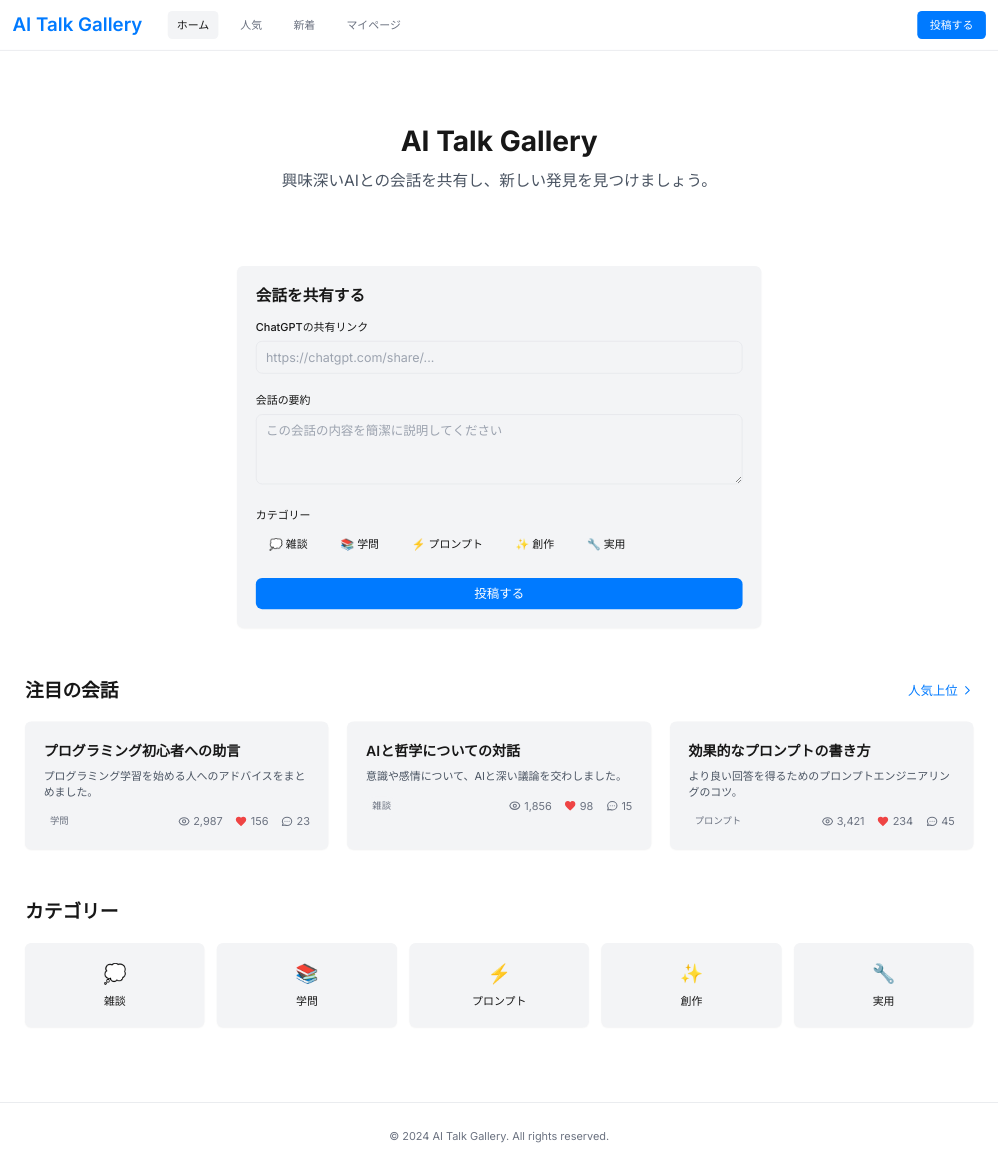
Repository: hayakawa1/ai-talk-gallery
Page: /
These files come from the project's save history. The page is drawn as it stood at one moment and after the next save; the edit follows.
The browser window is 1280 px wide. The pictures show the whole page, at 78% of full size.
The project was rebuilt for these pictures with package versions that can differ from the ones it lists, and the page was loaded fresh each time. The framework's server and built-in components were replaced by stand-ins that run in the browser. Also part of the build but not shown: next.config.js, src/components/ui/toast.tsx.

Above is the page before, as saved 2024-12-19 19:25:39.

### src/app/layout.tsx
import './globals.css'
import type { Metadata } from 'next'
import { Inter } from 'next/font/google'
import { HeaderNav } from '@/components/header-nav'
import Link from 'next/link'

const inter = Inter({
  subsets: ['latin'],
  display: 'swap',
})

export const metadata: Metadata = {
  title: 'AI Talk Gallery',
  description: '興味深いAIとの会話を共有し、新しい発見を見つけるプラットフォーム',
}

export default function RootLayout({
  children,
}: {
  children: React.ReactNode
}) {
  return (
    <html lang="ja">
      <body className={inter.className}>
        <div className="min-h-screen bg-white">
          <header className="sticky top-0 z-40 w-full border-b bg-white/95 backdrop-blur supports-[backdrop-filter]:bg-white/60">
            <div className="container mx-auto flex h-16 items-center justify-between px-4">
              <div className="flex items-center gap-8">
                <Link href="/" className="text-2xl font-semibold text-accent">
                  AI Talk Gallery
                </Link>
                <HeaderNav />
              </div>
              <div className="flex items-center gap-4">
                <Link
                  href="/posts/new"
                  className="inline-flex items-center justify-center rounded-md bg-accent px-4 py-2 text-sm font-medium text-white hover:bg-accent/90"
                >
                  投稿する
                </Link>
              </div>
            </div>
          </header>
          <main>
            {children}
          </main>
          <footer className="border-t py-8 mt-16">
            <div className="container mx-auto px-4 text-center text-sm text-gray-500">
              <p>© 2024 AI Talk Gallery. All rights reserved.</p>
            </div>
          </footer>
        </div>
      </body>
    </html>
  )
}

### src/app/page.tsx
import Link from "next/link"
import { PostCard } from "@/components/post-card"
import { PostForm } from "@/components/post-form"
import { categories } from "@/lib/categories"

const MOCK_POSTS = [
  {
    id: 1,
    title: "プログラミング初心者への助言",
    summary: "プログラミング学習を始める人へのアドバイスをまとめました。",
    views: 2987,
    likes: 156,
    comments: 23,
    category: "学問",
  },
  {
    id: 2,
    title: "AIと哲学についての対話",
    summary: "意識や感情について、AIと深い議論を交わしました。",
    views: 1856,
    likes: 98,
    comments: 15,
    category: "雑談",
  },
  {
    id: 3,
    title: "効果的なプロンプトの書き方",
    summary: "より良い回答を得るためのプロンプトエンジニアリングのコツ。",
    views: 3421,
    likes: 234,
    comments: 45,
    category: "プロンプト",
  },
]

export default function Home() {
  return (
    <div className="max-w-7xl mx-auto px-4 sm:px-6 lg:px-8 py-8">
      {/* ヒーローセクション */}
      <div className="text-center py-16">
        <h1 className="text-4xl font-bold mb-4">AI Talk Gallery</h1>
        <p className="text-xl text-gray-600 mb-8">
          興味深いAIとの会話を共有し、新しい発見を見つけましょう。
        </p>
      </div>

      {/* 投稿フォームセクション */}
      <section className="mb-16 max-w-2xl mx-auto">
        <div className="bg-card rounded-lg p-6 shadow-sm">
          <h2 className="text-xl font-semibold mb-4">会話を共有する</h2>
          <PostForm />
        </div>
      </section>

      {/* 注目の会話セクション */}
      <section className="mb-16">
        <div className="flex justify-between items-center mb-6">
          <h2 className="text-2xl font-bold">注目の会話</h2>
          <Link href="/popular" className="text-accent hover:underline flex items-center gap-1">
            人気上位
            <svg className="w-4 h-4" fill="none" stroke="currentColor" viewBox="0 0 24 24">
              <path strokeLinecap="round" strokeLinejoin="round" strokeWidth={2} d="M9 5l7 7-7 7" />
            </svg>
          </Link>
        </div>

        <div className="grid grid-cols-1 md:grid-cols-2 lg:grid-cols-3 gap-6">
          {MOCK_POSTS.map((post) => (
            <PostCard key={post.id} {...post} />
          ))}
        </div>
      </section>

      {/* カテゴリーセクション */}
      <section>
        <h2 className="text-2xl font-bold mb-6">カテゴリー</h2>
        <div className="grid grid-cols-2 md:grid-cols-3 lg:grid-cols-5 gap-4">
          {categories.map((category) => (
            <Link
              key={category.name}
              href={`/categories/${category.name}`}
              className="flex flex-col items-center justify-center p-6 bg-card rounded-lg hover:bg-card-hover transition shadow-sm text-center"
            >
              <span className="text-2xl mb-2">{category.icon}</span>
              <span className="text-sm">{category.name}</span>
            </Link>
          ))}
        </div>
      </section>
    </div>
  )
}

### src/app/globals.css
@tailwind base;
@tailwind components;
@tailwind utilities;

:root {
  --header-height: 60px;
}

html {
  @apply h-full;
}

body {
  @apply h-full bg-white text-bolt-elements-textPrimary;
}

#root {
  @apply h-full w-full;
}

### src/components/header-nav.tsx
"use client"

import Link from "next/link"
import { usePathname } from "next/navigation"
import { cn } from "@/lib/utils"

const navigation = [
  { name: "ホーム", href: "/" },
  { name: "人気", href: "/popular" },
  { name: "新着", href: "/latest" },
  { name: "マイページ", href: "/my" },
]

export function HeaderNav() {
  const pathname = usePathname()

  return (
    <nav className="flex items-center space-x-4">
      {navigation.map((item) => (
        <Link
          key={item.name}
          href={item.href}
          className={cn(
            "px-3 py-2 text-sm font-medium rounded-md",
            pathname === item.href
              ? "bg-card text-bolt-elements-textPrimary"
              : "text-gray-500 hover:text-bolt-elements-textPrimary hover:bg-gray-50"
          )}
        >
          {item.name}
        </Link>
      ))}
    </nav>
  )
}

### src/components/post-card.tsx
import Link from "next/link"

interface PostCardProps {
  id: string | number
  title: string
  summary: string
  category: string
  views: number
  likes: number
  comments: number
}

export function PostCard({
  id,
  title,
  summary,
  category,
  views,
  likes,
  comments,
}: PostCardProps) {
  return (
    <Link
      href={`/posts/${id}`}
      className="block bg-card rounded-lg p-6 hover:bg-card-hover transition shadow-sm h-full"
    >
      <h3 className="text-lg font-semibold mb-2">{title}</h3>
      <p className="text-gray-600 mb-4 text-sm">{summary}</p>
      <div className="flex justify-between text-sm text-gray-500">
        <span className="flex items-center gap-1">
          <span className="px-2 py-1 bg-gray-100 rounded-full text-xs">
            {category}
          </span>
        </span>
        <div className="flex items-center gap-4">
          <span className="flex items-center gap-1">
            <svg className="w-4 h-4" fill="none" stroke="currentColor" viewBox="0 0 24 24">
              <path strokeLinecap="round" strokeLinejoin="round" strokeWidth={2} d="M15 12a3 3 0 11-6 0 3 3 0 016 0z" />
              <path strokeLinecap="round" strokeLinejoin="round" strokeWidth={2} d="M2.458 12C3.732 7.943 7.523 5 12 5c4.478 0 8.268 2.943 9.542 7-1.274 4.057-5.064 7-9.542 7-4.477 0-8.268-2.943-9.542-7z" />
            </svg>
            {views.toLocaleString()}
          </span>
          <span className="flex items-center gap-1">
            <svg className="w-4 h-4 text-red-500" fill="currentColor" viewBox="0 0 24 24">
              <path d="M12 21.35l-1.45-1.32C5.4 15.36 2 12.28 2 8.5 2 5.42 4.42 3 7.5 3c1.74 0 3.41.81 4.5 2.09C13.09 3.81 14.76 3 16.5 3 19.58 3 22 5.42 22 8.5c0 3.78-3.4 6.86-8.55 11.54L12 21.35z"/>
            </svg>
            {likes.toLocaleString()}
          </span>
          <span className="flex items-center gap-1">
            <svg className="w-4 h-4" fill="none" stroke="currentColor" viewBox="0 0 24 24">
              <path strokeLinecap="round" strokeLinejoin="round" strokeWidth={2} d="M8 12h.01M12 12h.01M16 12h.01M21 12c0 4.418-4.03 8-9 8a9.863 9.863 0 01-4.255-.949L3 20l1.395-3.72C3.512 15.042 3 13.574 3 12c0-4.418 4.03-8 9-8s9 3.582 9 8z" />
            </svg>
            {comments.toLocaleString()}
          </span>
        </div>
      </div>
    </Link>
  )
}

### src/components/post-form.tsx
"use client"

import { useState } from "react"
import { useForm } from "react-hook-form"
import { zodResolver } from "@hookform/resolvers/zod"
import { categories } from "@/lib/categories"
import { postFormSchema, type PostFormData } from "@/lib/schemas"
import { Toast } from "@/components/ui/toast"

interface ToastState {
  message: string
  type: "success" | "error"
}

export function PostForm() {
  const [isSubmitting, setIsSubmitting] = useState(false)
  const [toast, setToast] = useState<ToastState | null>(null)
  const {
    register,
    handleSubmit,
    formState: { errors },
    reset,
  } = useForm<PostFormData>({
    resolver: zodResolver(postFormSchema),
  })

  const onSubmit = async (data: PostFormData) => {
    setIsSubmitting(true)
    try {
      const response = await fetch("/api/posts", {
        method: "POST",
        headers: {
          "Content-Type": "application/json",
        },
        body: JSON.stringify(data),
      })

      if (!response.ok) {
        throw new Error("投稿の作成に失敗しました")
      }

      reset()
      setToast({
        message: "投稿が完了しました",
        type: "success",
      })
    } catch (error) {
      setToast({
        message: error instanceof Error ? error.message : "投稿に失敗しました",
        type: "error",
      })
      console.error(error)
    } finally {
      setIsSubmitting(false)
    }
  }

  return (
    <>
      <form onSubmit={handleSubmit(onSubmit)} className="space-y-6">
        <div>
          <label htmlFor="url" className="block text-sm font-medium mb-2">
            ChatGPTの共有リンク
          </label>
          <input
            {...register("url")}
            type="url"
            id="url"
            placeholder="https://chatgpt.com/share/..."
            className="w-full px-3 py-2 bg-card rounded-lg border border-zinc-800 focus:outline-none focus:ring-2 focus:ring-accent"
          />
          {errors.url && (
            <p className="mt-1 text-sm text-red-500">{errors.url.message}</p>
          )}
        </div>

        <div>
          <label htmlFor="summary" className="block text-sm font-medium mb-2">
            会話の要約
          </label>
          <textarea
            {...register("summary")}
            id="summary"
            rows={3}
            placeholder="この会話の内容を簡潔に説明してください"
            className="w-full px-3 py-2 bg-card rounded-lg border border-zinc-800 focus:outline-none focus:ring-2 focus:ring-accent"
          />
          {errors.summary && (
            <p className="mt-1 text-sm text-red-500">{errors.summary.message}</p>
          )}
        </div>

        <div>
          <label className="block text-sm font-medium mb-2">カテゴリー</label>
          <div className="flex flex-wrap gap-2">
            {categories.map((category) => (
              <label
                key={category.name}
                className="inline-flex items-center"
              >
                <input
                  {...register("category")}
                  type="radio"
                  value={category.name}
                  className="sr-only"
                />
                <span className={`px-4 py-2 rounded-full text-sm font-medium cursor-pointer flex items-center gap-1 transition-colors ${
                  errors.category
                    ? "border border-red-500"
                    : "border border-transparent hover:bg-gray-50"
                } [&:has(input:checked)]:bg-accent [&:has(input:checked)]:text-white`}>
                  <span>{category.icon}</span>
                  <span>{category.name}</span>
                </span>
              </label>
            ))}
          </div>
          {errors.category && (
            <p className="mt-1 text-sm text-red-500">{errors.category.message}</p>
          )}
        </div>

        <button
          type="submit"
          disabled={isSubmitting}
          className="w-full px-4 py-2 bg-accent text-white rounded-lg hover:bg-accent/90 disabled:opacity-50"
        >
          {isSubmitting ? "投稿中..." : "投稿する"}
        </button>
      </form>
      {toast && (
        <Toast
          message={toast.message}
          type={toast.type}
          onClose={() => setToast(null)}
        />
      )}
    </>
  )
}

### src/lib/categories.ts
export type Category = {
  name: string
  icon: string
}

export const categories: Category[] = [
  { name: '雑談', icon: '💭' },
  { name: '学問', icon: '📚' },
  { name: 'プロンプト', icon: '⚡' },
  { name: '創作', icon: '✨' },
  { name: '実用', icon: '🔧' },
]

### src/lib/utils.ts
import { type ClassValue, clsx } from "clsx"
import { twMerge } from "tailwind-merge"

export function cn(...inputs: ClassValue[]) {
  return twMerge(clsx(inputs))
}

export async function fetchPageTitle(url: string): Promise<string> {
  try {
    const response = await fetch(url)
    const html = await response.text()
    const titleMatch = html.match(/<title>(.*?)<\/title>/)
    return titleMatch ? titleMatch[1] : "Untitled Chat"
  } catch (error) {
    console.error("Error fetching title:", error)
    return "Untitled Chat"
  }
}

### src/lib/schemas.ts
import { z } from "zod"
import { categories } from "@/lib/categories"

const categoryNames = categories.map(c => c.name) as [string, ...string[]]

export const postFormSchema = z.object({
  url: z.string()
    .url("有効なURLを入力してください")
    .startsWith("https://chatgpt.com/share/", "ChatGPTの共有リンクを入力してください"),
  summary: z.string()
    .min(10, "要約は10文字以上で入力してください")
    .max(200, "要約は200文字以内で入力してください"),
  category: z.enum(categoryNames, {
    required_error: "カテゴリーを選択してください",
  }),
})

export type PostFormData = z.infer<typeof postFormSchema>

### tailwind.config.js
/** @type {import('tailwindcss').Config} */
module.exports = {
  darkMode: 'class',
  content: [
    './src/pages/**/*.{js,ts,jsx,tsx,mdx}',
    './src/components/**/*.{js,ts,jsx,tsx,mdx}',
    './src/app/**/*.{js,ts,jsx,tsx,mdx}',
  ],
  theme: {
    extend: {
      colors: {
        'bolt-elements-background-depth-1': '#FFFFFF',
        'bolt-elements-textPrimary': '#171717',
        accent: '#007AFF',
        'card': '#F3F4F6',
        'card-hover': '#E5E7EB',
      },
      borderColor: {
        'zinc-800': '#E5E7EB',
      },
      container: {
        center: true,
        padding: {
          DEFAULT: '1rem',
          sm: '1.5rem',
          lg: '2rem',
        },
        screens: {
          sm: '640px',
          md: '768px',
          lg: '1024px',
          xl: '1280px',
          '2xl': '1440px',
        },
      },
      keyframes: {
        shimmer: {
          '100%': {
            transform: 'translateX(100%)',
          },
        },
      },
      animation: {
        shimmer: 'shimmer 1.5s infinite',
      },
    },
  },
  plugins: [
    require('@tailwindcss/typography'),
  ],
}

### src/utils/genreUtils.ts
import { readFileSync } from 'fs';
import path from 'path';
import genresData from '../data/genres.json';

export interface Subgenre {
  name: string;
  description: string;
  example: string;
}

export interface Genre {
  name: string;
  description: string;
  subgenres: Subgenre[];
}

interface GenresData {
  genres: Genre[];
}

export const getGenres = (): Genre[] => {
  if (process.env.NODE_ENV === 'development') {
    return (genresData as GenresData).genres;
  }

  try {
    const filePath = path.join(process.cwd(), 'src', 'data', 'genres.json');
    const jsonData = readFileSync(filePath, 'utf8');
    const data = JSON.parse(jsonData) as GenresData;
    return data.genres;
  } catch (error) {
    console.error('Error reading genres file:', error);
    return [];
  }
};

### src/data/genres.json
{
    "genres": [
      {
        "name": "クリエイティブ系",
        "description": "AIと一緒に物語や詩、ユーモアコンテンツを作成・シェアするジャンル",
        "subgenres": [
          {
            "name": "物語・小説",
            "description": "GPTと共同で作成したストーリーや短編小説のシェア",
            "example": "AIに出だしを任せてファンタジー短編を書いてみた"
          },
          {
            "name": "詩・短歌・俳句",
            "description": "感情を込めた詩やリズムを楽しむ俳句の生成と共有",
            "example": "GPTと一緒に四季をテーマに俳句を作った"
          },
          {
            "name": "キャラクター対話・ロールプレイ",
            "description": "特定のキャラクターになりきって対話を楽しむコンテンツ",
            "example": "GPTにシャーロック・ホームズになってもらい事件を解決した"
          },
          {
            "name": "大喜利・ユーモア会話",
            "description": "面白いお題やジョークにAIが答えるコンテンツ",
            "example": "GPTに面白い一言を考えさせたら予想外の答えが返ってきた"
          }
        ]
      },
      {
        "name": "実用・ビジネス系",
        "description": "仕事や日常生活に役立つAIとの会話をシェアするジャンル",
        "subgenres": [
          {
            "name": "仕事効率化・タスク管理",
            "description": "GPTに提案書やタスク整理のアイデアを依頼した内容",
            "example": "GPTに会議アジェンダを作成してもらった"
          },
          {
            "name": "広告コピー・キャッチフレーズ",
            "description": "AIが考えた商品広告のキャッチコピーやフレーズ",
            "example": "新商品のキャッチコピーをGPTに依頼してみた"
          },
          {
            "name": "勉強・教育",
            "description": "学習コンテンツや難しい概念を分かりやすくGPTに説明してもらう",
            "example": "GPTに相対性理論を小学生向けに教えてもらった"
          },
          {
            "name": "要約・リライト",
            "description": "長文の要約やわかりやすい文章への書き換え",
            "example": "GPTにニュース記事を1分で読めるよう要約してもらった"
          }
        ]
      },
      {
        "name": "専門分野・知識系",
        "description": "専門的なテーマや知識をGPTとやり取りしてシェアするジャンル",
        "subgenres": [
          {
            "name": "論文・レポート相談",
            "description": "GPTと論文の構成やレポート作成の相談をした内容",
            "example": "GPTに気候変動のレポート構成を考えてもらった"
          },
          {
            "name": "専門知識Q&A",
            "description": "医療、法律、科学などの専門知識についての質問と回答",
            "example": "GPTに古代エジプト文明について教えてもらった"
          },
          {
            "name": "データ分析・プログラミング",
            "description": "コード生成やデータ解析にGPTを活用した会話",
            "example": "GPTにPythonのWebスクレイピングコードを書いてもらった"
          }
        ]
      },
      {
        "name": "ライフスタイル系",
        "description": "日常生活や趣味、悩み相談に関するGPTとの会話をシェアするジャンル",
        "subgenres": [
          {
            "name": "人生相談・お悩み解決",
            "description": "キャリアや生活の悩みについてGPTに相談した内容",
            "example": "GPTに転職するべきか相談してみた"
          },
          {
            "name": "レシピ・料理アイデア",
            "description": "食材やテーマに基づいてGPTが提案する料理レシピ",
            "example": "GPTに冷蔵庫の余り物で作れる料理を考えてもらった"
          },
          {
            "name": "旅行・趣味の提案",
            "description": "GPTと一緒に理想の旅行プランや新しい趣味を考える",
            "example": "GPTに京都旅行の1泊2日プランを立ててもらった"
          }
        ]
      },
      {
        "name": "エンタメ・SNS向け系",
        "description": "SNS映えする面白い会話や企画をシェアするジャンル",
        "subgenres": [
          {
            "name": "GPT面白回答集",
            "description": "GPTのユニークな回答や珍回答を共有する",
            "example": "GPTに『宇宙人に自己紹介して』と言ったら爆笑の回答が！"
          },
          {
            "name": "チャレンジ企画",
            "description": "特定のお題や条件でGPTに挑戦する会話をシェア",
            "example": "GPTとしりとり100回やってみた結果"
          },
          {
            "name": "ミーム・パロディ",
            "description": "GPTに有名なフレーズや作品をパロディ化してもらう",
            "example": "GPTに『走れメロス』をギャグ化してもらった"
          }
        ]
      },
      {
        "name": "コミュニティ・イベント系",
        "description": "ユーザー同士が参加して楽しめるコンテンツやイベント",
        "subgenres": [
          {
            "name": "会話コンテスト",
            "description": "面白い会話や有益な対話を投稿し、投票や評価で競う",
            "example": "GPTとの対話コンテストで優勝した作品"
          },
          {
            "name": "共同作品作成",
            "description": "複数ユーザーがGPTとやり取りして1つの作品を完成させる",
            "example": "ユーザーみんなでAIと一緒に小説を書いた！"
          }
        ]
      }
    ]
  }

After the next save:
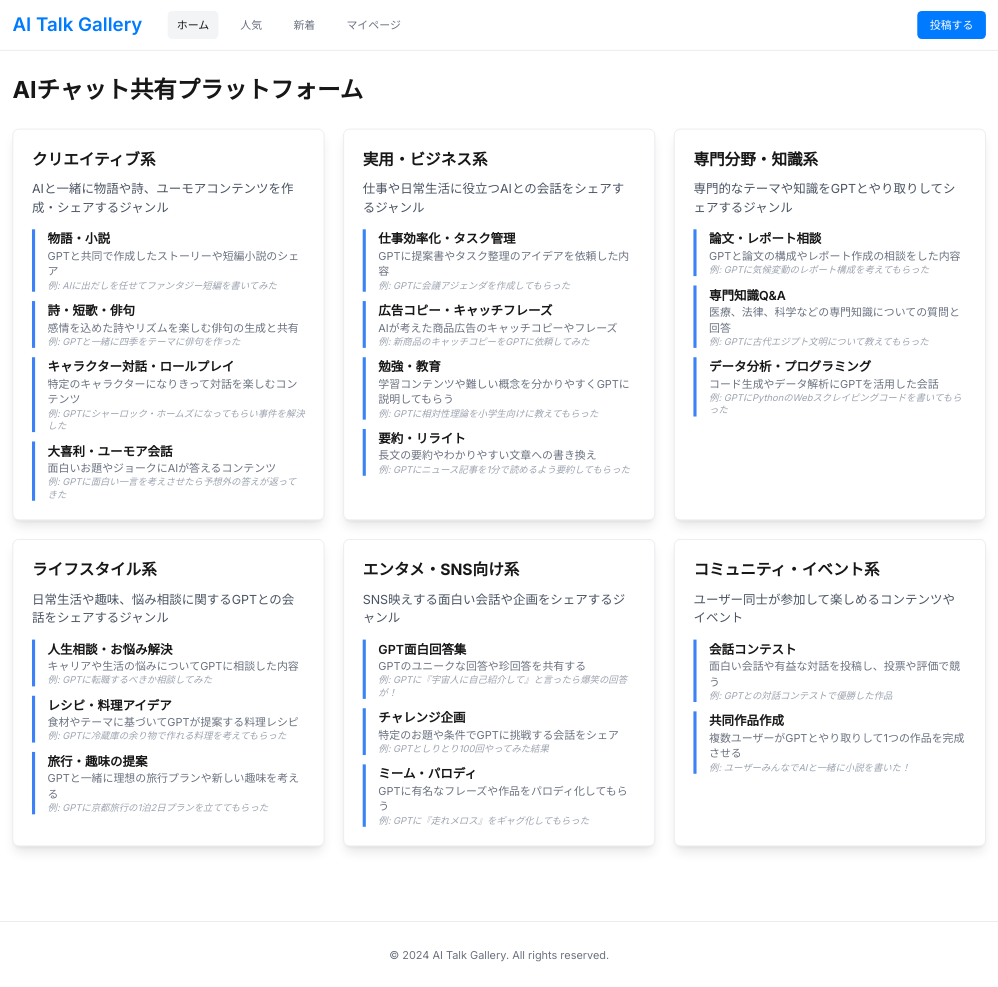
Saved 58 s later.
--- a/src/app/page.tsx
+++ b/src/app/page.tsx
@@ -1,92 +1,30 @@
-import Link from "next/link"
-import { PostCard } from "@/components/post-card"
-import { PostForm } from "@/components/post-form"
-import { categories } from "@/lib/categories"
+import { Genre, getGenres } from '../utils/genreUtils';
 
-const MOCK_POSTS = [
-  {
-    id: 1,
-    title: "プログラミング初心者への助言",
-    summary: "プログラミング学習を始める人へのアドバイスをまとめました。",
-    views: 2987,
-    likes: 156,
-    comments: 23,
-    category: "学問",
-  },
-  {
-    id: 2,
-    title: "AIと哲学についての対話",
-    summary: "意識や感情について、AIと深い議論を交わしました。",
-    views: 1856,
-    likes: 98,
-    comments: 15,
-    category: "雑談",
-  },
-  {
-    id: 3,
-    title: "効果的なプロンプトの書き方",
-    summary: "より良い回答を得るためのプロンプトエンジニアリングのコツ。",
-    views: 3421,
-    likes: 234,
-    comments: 45,
-    category: "プロンプト",
-  },
-]
+export default async function Home() {
+  const genres = getGenres();
 
-export default function Home() {
   return (
-    <div className="max-w-7xl mx-auto px-4 sm:px-6 lg:px-8 py-8">
-      {/* ヒーローセクション */}
-      <div className="text-center py-16">
-        <h1 className="text-4xl font-bold mb-4">AI Talk Gallery</h1>
-        <p className="text-xl text-gray-600 mb-8">
-          興味深いAIとの会話を共有し、新しい発見を見つけましょう。
-        </p>
+    <div className="container mx-auto px-4 py-8">
+      <h1 className="text-3xl font-bold mb-8">AIチャット共有プラットフォーム</h1>
+
+      <div className="grid grid-cols-1 md:grid-cols-2 lg:grid-cols-3 gap-6">
+        {genres.map((genre) => (
+          <div key={genre.name} className="border rounded-lg p-6 shadow-lg">
+            <h2 className="text-xl font-bold mb-3">{genre.name}</h2>
+            <p className="text-gray-600 mb-4">{genre.description}</p>
+
+            <div className="space-y-3">
+              {genre.subgenres.map((subgenre) => (
+                <div key={subgenre.name} className="border-l-4 border-blue-500 pl-4">
+                  <h3 className="font-semibold">{subgenre.name}</h3>
+                  <p className="text-sm text-gray-500">{subgenre.description}</p>
+                  <p className="text-xs text-gray-400 italic">例: {subgenre.example}</p>
+                </div>
+              ))}
+            </div>
+          </div>
+        ))}
       </div>
-
-      {/* 投稿フォームセクション */}
-      <section className="mb-16 max-w-2xl mx-auto">
-        <div className="bg-card rounded-lg p-6 shadow-sm">
-          <h2 className="text-xl font-semibold mb-4">会話を共有する</h2>
-          <PostForm />
-        </div>
-      </section>
-
-      {/* 注目の会話セクション */}
-      <section className="mb-16">
-        <div className="flex justify-between items-center mb-6">
-          <h2 className="text-2xl font-bold">注目の会話</h2>
-          <Link href="/popular" className="text-accent hover:underline flex items-center gap-1">
-            人気上位
-            <svg className="w-4 h-4" fill="none" stroke="currentColor" viewBox="0 0 24 24">
-              <path strokeLinecap="round" strokeLinejoin="round" strokeWidth={2} d="M9 5l7 7-7 7" />
-            </svg>
-          </Link>
-        </div>
-
-        <div className="grid grid-cols-1 md:grid-cols-2 lg:grid-cols-3 gap-6">
-          {MOCK_POSTS.map((post) => (
-            <PostCard key={post.id} {...post} />
-          ))}
-        </div>
-      </section>
-
-      {/* カテゴリーセクション */}
-      <section>
-        <h2 className="text-2xl font-bold mb-6">カテゴリー</h2>
-        <div className="grid grid-cols-2 md:grid-cols-3 lg:grid-cols-5 gap-4">
-          {categories.map((category) => (
-            <Link
-              key={category.name}
-              href={`/categories/${category.name}`}
-              className="flex flex-col items-center justify-center p-6 bg-card rounded-lg hover:bg-card-hover transition shadow-sm text-center"
-            >
-              <span className="text-2xl mb-2">{category.icon}</span>
-              <span className="text-sm">{category.name}</span>
-            </Link>
-          ))}
-        </div>
-      </section>
     </div>
-  )
+  );
 }
